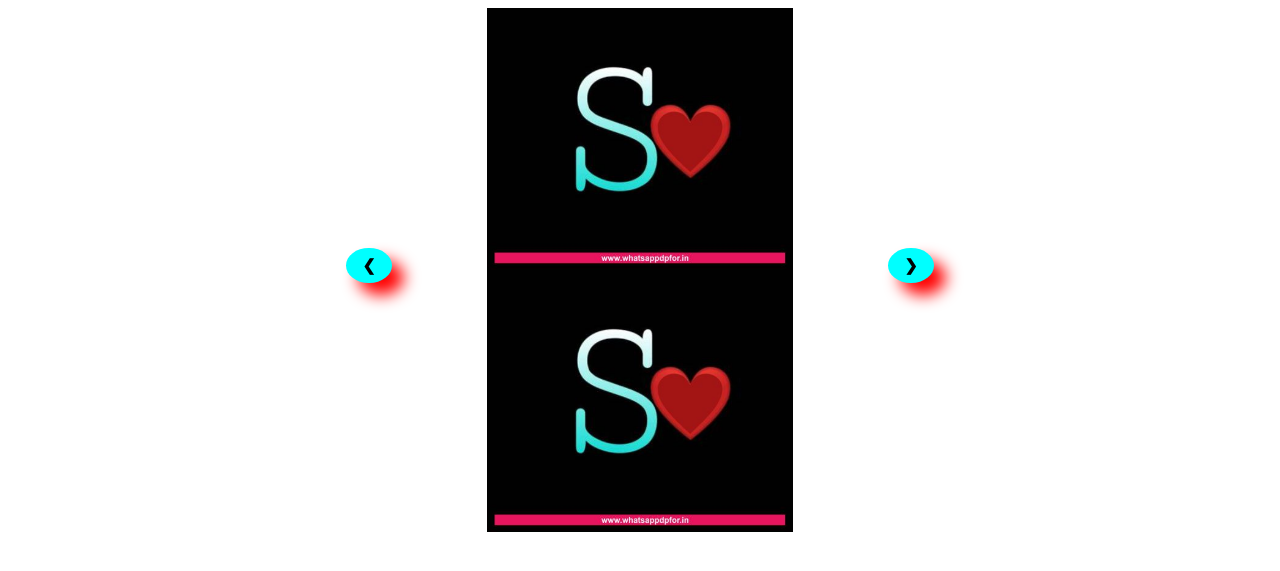
Repository: SAYYODTURINALIYEV/sassasa
Page: slider.html
These files come from the project's save history. The page is drawn as it stood at one moment and after the next save; the edit follows.
The browser window is 1280 px wide. The pictures show the whole page.

Above is the page before, as saved 2022-05-19 16:30:28.

### slider.html
<!DOCTYPE html>
<html lang="en">

<head>
    <meta charset="UTF-8">
    <meta http-equiv="X-UA-Compatible" content="IE=edge">
    <meta name="viewport" content="width=device-width, initial-scale=1.0">
    <title>Slider.uz</title>
    <link rel="stylesheet" href="slider.css">
</head>

<body>

    <div class="rasmlar">
        <div class="imageSlides">
            <img src="images/s1.jpg">
            <img src="images/s1.jpg">
        </div>

        <div class="imageSlides">
            <img src="images/s3.jpg">
        </div>
        <a class="slider-btn previous" onclick="setSlides(-1)">❮</a>
        <a class="slider-btn next" onclick="setSlides(1)">❯</a>
    </div>


    <script src="slider.js"></script>
</body>

</html>

### slider.css
img {
    margin: auto;
    display: block;
    width: 50%;
}

.rasmlar {
    max-width: 612px;
    position: relative;
    margin: auto;
}

.slider-btn {
    cursor: pointer;
    position: absolute;
    top: 50%;
    width: auto;
    padding: 8px 16px;
    margin-top: -22px;
    color: rgb(0, 0, 0);
    font-weight: bold;
    box-shadow: 12px 12px 16px red;
    transition: 0.6s ease;
    border-radius: 0 3px 3px 0;
    user-select: none;
    border-radius: 50%;
    background-color: aqua;
}

.previous {
    left: 2%;
}

.next {
    right: 2%;
}

### slider.js
var currentIndex = 1;
displaySlides(currentIndex);

function displaySlides(num) {
    var x;
    var slides = document.getElementsByClassName("imageSlides");
    if (num > slides.length) { currentIndex = 1 }
    if (num < 1) { currentIndex = slides.length }
    for (x = 0; x < slides.length; x++) {
        slides[x].style.display = "none";
    }
    slides[currentIndex - 1].style.display = "block";
}

function setSlides(num) {
    displaySlides(currentIndex += num);
}

After the next save:
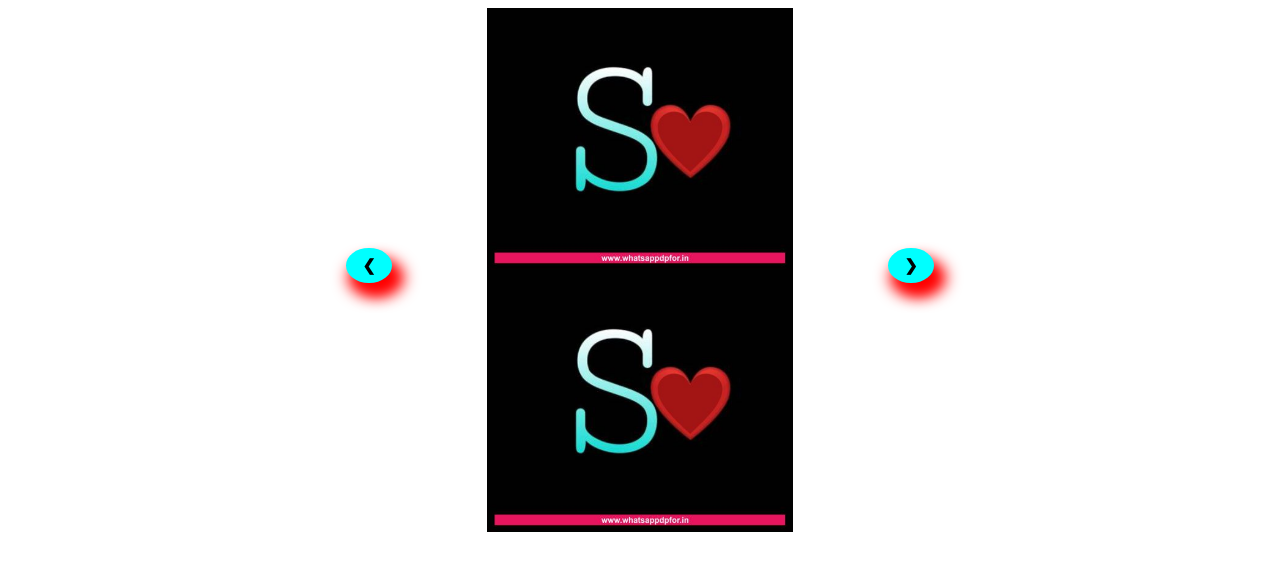
Saved 16 s later.
--- a/slider.css
+++ b/slider.css
@@ -19,7 +19,7 @@
     margin-top: -22px;
     color: rgb(0, 0, 0);
     font-weight: bold;
-    box-shadow: 12px 12px 16px red;
+    box-shadow: 12px 12px 16px red, 2px 12px 16px red;
     transition: 0.6s ease;
     border-radius: 0 3px 3px 0;
     user-select: none;
